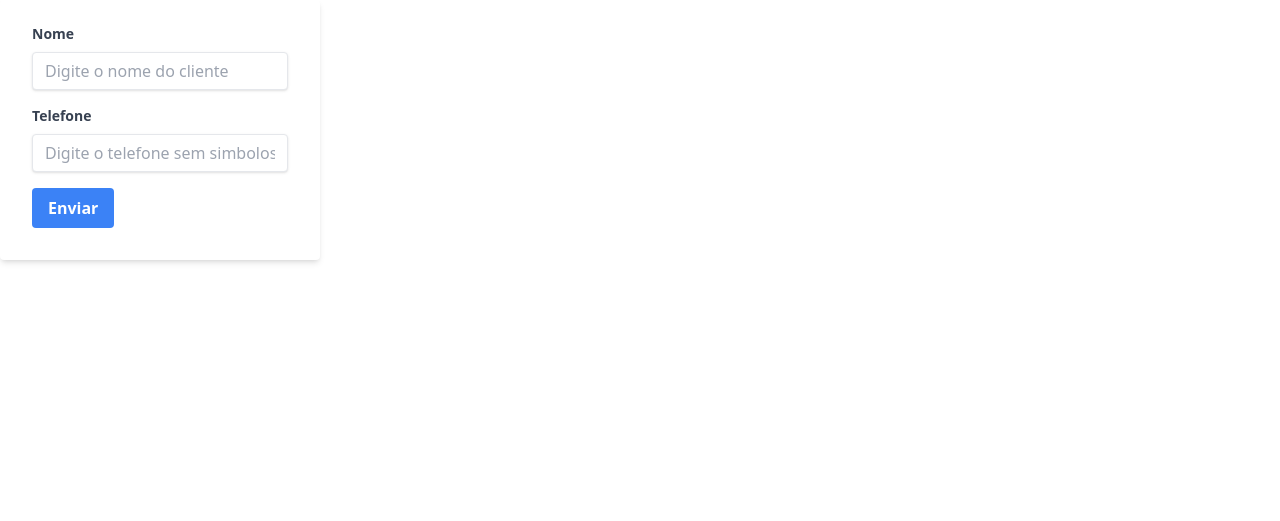
Repository: Gstxxx/sales-manager-laravel
Page: http://localhost/
These files come from the project's save history. The page is drawn as it stood at one moment and after the next save; the edit follows.
The browser window is 1280 px wide. The pictures show the whole page.
The page is served by the project's Laravel application, run on PHP 8.4 with Laravel 12. Style sheets and scripts are compiled from the project's sources, by tool versions that may differ from the author's.

Above is the page before, as saved 2024-06-09 03:12:25.

After the next save:
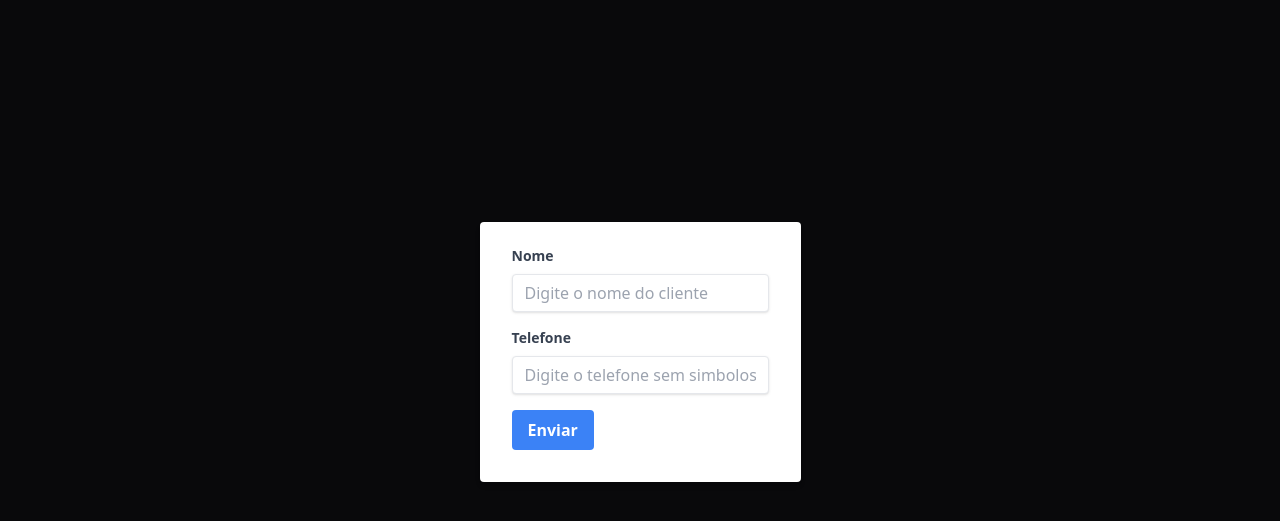
Saved 23 s later.
--- a/resources/views/home.blade.php
+++ b/resources/views/home.blade.php
@@ -9,7 +9,7 @@
 </head>
 
 <body>
-    <div class="w-full max-w-xs">
+    <div class="bg-zinc-950 flex flex-col items-center justify-center min-h-screen ">
         <form action="{{ route('addClient') }}" method="POST" class="bg-white shadow-md rounded px-8 pt-6 pb-8 mb-4">
             @csrf
             <div class="mb-4">
